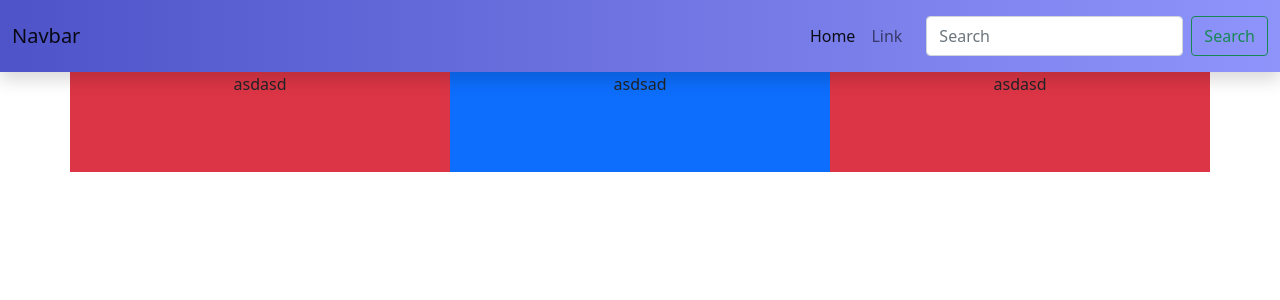
Repository: ttranhhoang/layoutBS
Page: index.html
These files come from the project's save history. The page is drawn as it stood at one moment and after the next save; the edit follows.
The browser window is 1280 px wide. The pictures show the whole page.

Above is the page before, as saved 2022-04-23 17:36:34.

### index.html
<!DOCTYPE html>
<html lang="en">
  <head>
    <meta charset="UTF-8" />
    <meta http-equiv="X-UA-Compatible" content="IE=edge" />
    <meta name="viewport" content="width=device-width, initial-scale=1.0" />
    <title>Layout BS</title>
    <link
      href="https://cdn.jsdelivr.net/npm/bootstrap@5.1.3/dist/css/bootstrap.min.css"
      rel="stylesheet"
      integrity="sha384-1BmE4kWBq78iYhFldvKuhfTAU6auU8tT94WrHftjDbrCEXSU1oBoqyl2QvZ6jIW3"
      crossorigin="anonymous"
    />
    <link rel="stylesheet" href="index.css" />
  </head>
  <body>
    <header class="header">
      <nav class="navbar navbar-expand-lg fixed-top shadow navbar-light">
        <div class="container-fluid">
          <a class="navbar-brand" href="#">Navbar</a>
          <button
            class="navbar-toggler"
            type="button"
            data-bs-toggle="offcanvas"
            data-bs-target="#navbarOffcanvasLg"
            aria-controls="navbarOffcanvasLg"
            aria-expanded="false"
            aria-label="Toggle navigation"
          >
            <span class="navbar-toggler-icon"></span>
          </button>

          <div
            class="offcanvas offcanvas-end"
            tabindex="-1"
            id="navbarOffcanvasLg"
            aria-labelledby="navbarOffcanvasLgLabel"
          >
            <div class="offcanvas-header">
              <h5 class="offcanvas-title" id="offcanvasNavbarLabel">
                Offcanvas
              </h5>
              <button
                type="button"
                class="btn-close text-reset"
                data-bs-dismiss="offcanvas"
                aria-label="Close"
              ></button>
            </div>
            <div class="offcanvas-body">
              <ul class="navbar-nav justify-content-end flex-grow-1 pe-3">
                <li class="nav-item">
                  <a class="nav-link active" aria-current="page" href="#"
                    >Home</a
                  >
                </li>
                <li class="nav-item">
                  <a class="nav-link" href="#">Link</a>
                </li>
              </ul>
              <form class="d-flex">
                <input
                  class="form-control me-2"
                  type="search"
                  placeholder="Search"
                  aria-label="Search"
                />
                <button class="btn btn-outline-success" type="submit">
                  Search
                </button>
              </form>
            </div>
          </div>
        </div>
      </nav>
    </header>

    <section>
      <div class="container">
        <div class="row">
          <div class="col-md-4 text-center bg-danger">asdasd</div>
          <div class="col-md-4 text-center bg-primary">asdsad</div>
           <div class="col-md-4 text-center bg-danger">asdasd</div>

        </div>
      </div>
    </section>

    <script
      src="https://cdn.jsdelivr.net/npm/bootstrap@5.1.3/dist/js/bootstrap.bundle.min.js"
      integrity="sha384-ka7Sk0Gln4gmtz2MlQnikT1wXgYsOg+OMhuP+IlRH9sENBO0LRn5q+8nbTov4+1p"
      crossorigin="anonymous"
    ></script>
  </body>
</html>

### index.css
*,
*::after,
*::before {
  box-sizing: border-box;
}
/* custom */
button.navbar-toggler:focus {
  box-shadow: none;
}
button[type="button"],
button[type="submit"],
button[class^="btn"]:focus {
  box-shadow: none;
}
button[class*="btn-outline"]:active:focus {
  box-shadow: none;
}

/* styles ui */
body {
  padding-top: 72px;
}
.main {
  height: 100vh;
}
nav.navbar {
  background: #4e54c8; /* fallback for old browsers */
  background: -webkit-linear-gradient(
    to left,
    #8f94fb,
    #4e54c8
  ); /* Chrome 10-25, Safari 5.1-6 */
  background: linear-gradient(
    to left,
    #8f94fb,
    #4e54c8
  ); /* W3C, IE 10+/ Edge, Firefox 16+, Chrome 26+, Opera 12+, Safari 7+ */
}
.navbar {
  padding-top: 1rem;
  padding-bottom: 1rem;
}
.navbar-light .navbar-toggler {
  border: none;
}
div.row {
  height: 100px;
}

After the next save:
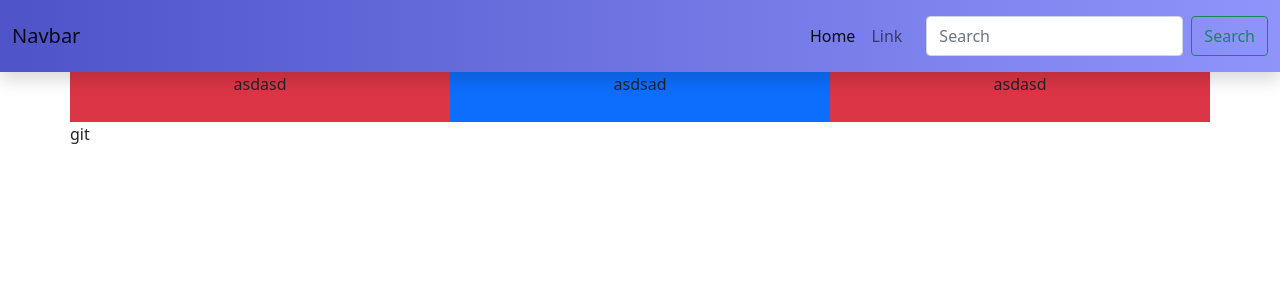
Saved 35 min 50 s later.
--- a/index.html
+++ b/index.html
@@ -81,7 +81,7 @@
           <div class="col-md-4 text-center bg-danger">asdasd</div>
           <div class="col-md-4 text-center bg-primary">asdsad</div>
            <div class="col-md-4 text-center bg-danger">asdasd</div>
-
+          git
         </div>
       </div>
     </section>

After the save that followed:
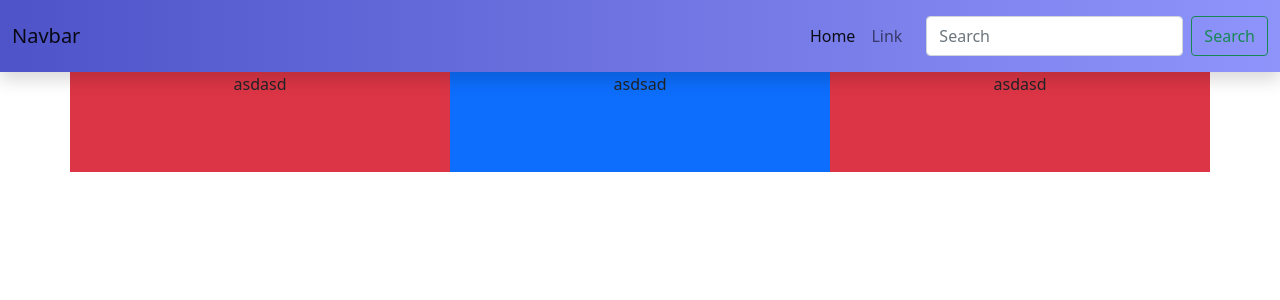
Saved 1 s later.
--- a/index.html
+++ b/index.html
@@ -81,7 +81,7 @@
           <div class="col-md-4 text-center bg-danger">asdasd</div>
           <div class="col-md-4 text-center bg-primary">asdsad</div>
            <div class="col-md-4 text-center bg-danger">asdasd</div>
-          git
+
         </div>
       </div>
     </section>
